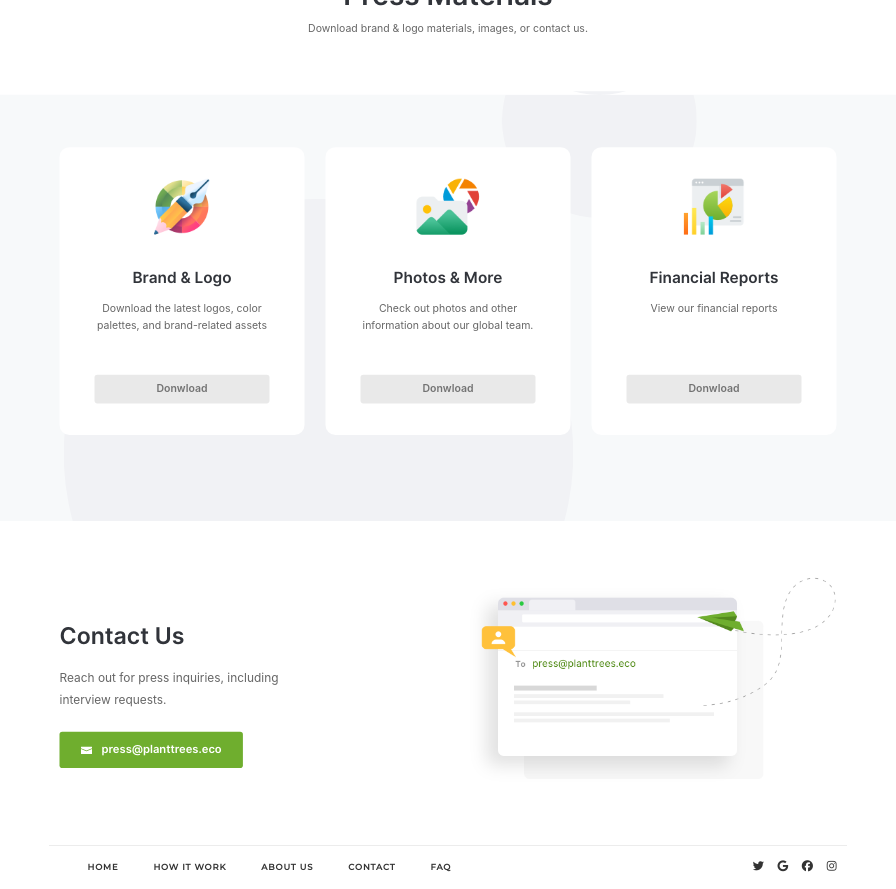
Repository: caothaito/b6g6
Page: bogo/privacy.html
An editor plug-in stored every save of this project. The page is shown before and after the next save, followed by the edit.
The browser window is 1280 px wide. The pictures show the part of the page from y = 715 to 2635 px (the page is 1985 px tall before and 2635 px after), at 70% of full size.
Some web libraries are served in a nearby version. The style sheet was rebuilt from its Sass, Less or Tailwind sources for each picture, by a compiler version that may differ from the author's.

Above is the page before, as saved 2020-09-11 16:35:54.

### bogo/privacy.html
<!DOCTYPE html>
<html lang="en">

<head>
    <meta charset="UTF-8">
    <meta name="viewport" content="width=device-width, initial-scale=1.0">
    <title>Document</title>
    <link rel="stylesheet" href="https://maxcdn.bootstrapcdn.com/bootstrap/4.0.0/css/bootstrap.min.css"
        integrity="sha384-Gn5384xqQ1aoWXA+058RXPxPg6fy4IWvTNh0E263XmFcJlSAwiGgFAW/dAiS6JXm" crossorigin="anonymous">

    <script src="https://ajax.googleapis.com/ajax/libs/jquery/3.5.1/jquery.min.js"></script>
    <!-- ==============fontawesome=== -->
    <script src="https://kit.fontawesome.com/c28984a6f5.js" crossorigin="anonymous"></script>
    <!-- ================owl================== -->
    <link rel="stylesheet" href="owlcarousel/assets/owl.carousel.min.css">
    <link rel="stylesheet" href="owlcarousel/assets/owl.theme.default.min.css">
    <script src="owlcarousel/owl.carousel.min.js"></script>

    <!-- =========================== -->
    <link rel="stylesheet" href="./assets/css/style.css">
    <link rel="stylesheet" href="./assets/css/media.css">
</head>

<body>
    <div class="plant-trees-main main-contact-us float-left w-100">
        <div class="plant-trees-home  float-left w-100">
            <div class="plant-trees-home-searchTop float-left w-100 ">
                <a href="#" class="plant-trees-topLogo" id="topLogo">
                    <img src="./assets/images/logo.svg" alt="" class="plant-trees-logo">
                </a>
                <div class="plant-trees-searchRight float-right ">
                    <div class="plant-trees-account">
                        <div class="plant-trees-account-info" style="display:none">
                            <div class="item float-left ">
                                <div class="icon float-left">
                                    <img src="./assets/images/square.svg" alt="square.svg">
                                </div>
                                <div class="content float-right">
                                    <div class="title">Get Our App & Extension</div>
                                    <div class="desc">Protect your date on every device.</div>
                                </div>
                            </div>
                            <div class="item float-left ">
                                <div class="icon float-left">
                                    <img src="./assets/images/file.svg" alt="file.svg">
                                </div>
                                <div class="content float-right">
                                    <div class="title">Your searches are private</div>
                                    <div class="desc">We don't need to know what you do online. We don't record them.
                                    </div>
                                </div>
                            </div>
                            <div class="item float-left ">
                                <div class="icon float-left">
                                    <img src="./assets/images/browser.svg" alt="browser.svg">
                                </div>
                                <div class="content float-right">
                                    <div class="title">Your Searches Are Encrypted</div>
                                    <div class="desc">We protect your search behavior with encrypted connection.</div>
                                </div>
                            </div>
                            <div class="item float-left ">
                                <div class="icon float-left">
                                    <img src="./assets/images/secret-file.svg" alt="secret-file.svg">
                                </div>
                                <div class="content float-right">
                                    <div class="title">No tracking. No profiling</div>
                                    <div class="desc">We block hidden third-party trackers. We don't sell user's date.
                                    </div>
                                </div>
                            </div>
                        </div>
                    </div>
                    <div class="plant-trees-menu-mobile float-right">
                        <div class="nav-toggle">
                            <div class="nav-toggle-bar"></div>
                        </div>
                        <nav class="nav">
                            <ul>
                                <li class="menu-item menu-item-settings">
                                    <div class="wrap-link-item">
                                        <a href="#" title="Settings">Settings</a></div>
                                    <ul class="submenu">
                                        <li>
                                            <a href="#" title="Themes">Themes</a>
                                        </li>
                                        <li>
                                            <a href="#" title="Other settings">Other settings</a></li>
                                        <li>
                                            <a href="#" title="!Bang Search Shortcuts">!Bang SearchShortcuts</a>
                                        </li>
                                    </ul>
                                </li>

                            </ul>
                        </nav>
                    </div>
                </div>
            </div>
        </div>
    </div>

    <div class="plant-trees-press float-left w-100">
        <div class="plant-trees-pressCenter float-left w-100">
            <div class="col-lg-6 col-md-6 float-left w-100  ">
                <div class="plant-pressLeft  float-right">
                    <div class="plant-trees-title">
                        <div>PlantTrees</div>
                        <div>PressCenter</div>
                    </div>
                    <div class="plant-trees-desc">
                        #PlantTrees is a free search engine that uses its profits to plant trees. The forests PlantTrees
                        users have planted mitigate climate change, save endangered animals, regenerate depleted soil
                        and improve the livelihoods of local communities.
                    </div>
                    <a href="#" class="plant-trees-add ">
                        <div>Jump to Press Materials</div>
                    </a>
                </div>

            </div>
            <div class="col-lg-6 col-md-6  ">
                <div class="plant-tressRight">
                    <img src="./assets/images/press-center/press.png" alt="">
                </div>
            </div>
        </div>
    </div>

    <div class="plant-trees-pressMaterials mt-5 float-left w-100">
        <div class="plant-pressMaterials-title text-center float-left w-100">
            Press Materials
        </div>
        <div class="plant-pressMaterials-desc text-center float-left w-100">
            Download brand & logo materials, images, or contact us.
        </div>
        <div class="plant-pressMaterials-wrap    float-left w-100">
            <div class="container">
                <div class="row">
                    <div class="col-lg-4 col-md-4 col-sm-12 mb-5 plant-trees-flex float-left w-100">
                        <div class="plant-pressMaterial-item text-center float-left w-100">
                            <div class="material-icon ">
                                <img src="./assets/images/press-center/graphic-design.png" alt="">
                            </div>
                            <div class="material-title  ">
                                Brand & Logo
                            </div>
                            <div class="material-desc  ">
                                Download the latest logos, color palettes, and brand-related assets
                            </div>
                            <div class="material-btn  ">
                                <a href="#">Donwload</a>
                            </div>
                        </div>
                    </div>
                    <div class="col-lg-4 col-md-4 col-sm-12 mb-5 plant-trees-flex float-left w-100">
                        <div class="plant-pressMaterial-item text-center float-left w-100">
                            <div class="material-icon ">
                                <img src="./assets/images/press-center/gallery.png" alt="">
                            </div>
                            <div class="material-title  ">

                                Photos & More

                            </div>
                            <div class="material-desc  ">

                                Check out photos and other information about our global team.
                            </div>
                            <div class="material-btn  ">
                                <a href="#">Donwload</a>
                            </div>
                        </div>
                    </div>
                    <div class="col-lg-4 col-md-4 col-sm-12 mb-5 plant-trees-flex float-left w-100">
                        <div class="plant-pressMaterial-item text-center float-left w-100">
                            <div class="material-icon ">
                                <img src="./assets/images/press-center/result.png" alt="">
                            </div>
                            <div class="material-title  ">

                                Financial Reports

                            </div>
                            <div class="material-desc  ">

                                View our financial reports
                            </div>
                            <div class="material-btn  ">
                                <a href="#">Donwload</a>
                            </div>
                        </div>
                    </div>
                </div>
            </div>
        </div>
    </div>

    <div class="plant-trees-contact float-left w-100">
        <div class="container">
            <div class="row">
                <div class="col-lg-6 col-md-6 col-sm-12 float-left ">
                    <div class="plant-trees-contactLeft  float-right w-100">
                        <div class="plant-contactLeft-title ">

                            Contact Us

                        </div>
                        <div class="plant-contactLeft-desc">
                            Reach out for press inquiries, including interview requests.
                        </div>
                        <div class="plant-contactLeft-email">
                            <a href="#">
                                press@planttrees.eco
                            </a>
                        </div>
                    </div>

                </div>
                <div class="col-lg-6 col-md-6 col-sm-12 float-left">
                    <div class="plant-trees-contactRight float-left w-100">
                        <img src="assets/images/press-center/new-email.png" alt="new-email.png">
                    </div>
                </div>

            </div>
        </div>
    </div>





    <!-- ====footer=== -->
    <footer class="footer-home float-left w-100">
        <div class="wrap">
            <div class="container">
                <div class="row">

                    <div class="footer-top float-left w-100">
                        <div class="footer-top-left col-md-7 col-sm-12 col-xs-12">
                            <ul>
                                <li><a href="#">HOME</a></li>
                                <li><a href="#">How it work</a></li>
                                <li><a href="#">About Us</a></li>
                                <li><a href="#">Contact</a></li>
                                <li><a href="#">FAQ</a></li>
                            </ul>
                        </div>
                        <div class="footer-top-right col-md-5 col-sm-12 col-xs-12">
                            <a href="#"><i class="fab fa-twitter"></i></a>
                            <a href="#"><i class="fab fa-google"></i></a>
                            <a href="#"><i class="fab fa-facebook"></i></a>
                            <a href="#"><i class="fab fa-instagram"></i></a>
                        </div>
                    </div>
                </div>

            </div>
        </div>
    </footer>


    <script>
        $(document).ready(function () {
            $(".plant-trees-account").click(function () {
                $(".plant-trees-account-info").slideToggle();
            })
        })

        $('.owl-carousel').owlCarousel({
            loop: true,
            margin: 10,
            responsiveClass: true,
            nav: true,
            responsive: {
                0: {
                    items: 2
                },
                480: {
                    items: 2
                },
                768: {
                    items: 3,
                },
                1000: {
                    items: 3,
                }
            }
        })
    </script>
</body>

<script src="https://cdnjs.cloudflare.com/ajax/libs/popper.js/1.12.9/umd/popper.min.js"
    integrity="sha384-ApNbgh9B+Y1QKtv3Rn7W3mgPxhU9K/ScQsAP7hUibX39j7fakFPskvXusvfa0b4Q" crossorigin="anonymous">
</script>
<script src="https://maxcdn.bootstrapcdn.com/bootstrap/4.0.0/js/bootstrap.min.js"
    integrity="sha384-JZR6Spejh4U02d8jOt6vLEHfe/JQGiRRSQQxSfFWpi1MquVdAyjUar5+76PVCmYl" crossorigin="anonymous">
</script>
<script src="./assets/js/main.js"></script>

</html>

### bogo/assets/css/media.scss
@mixin respond($breakpoint) {
    @if $breakpoint==phone {
        @media (max-width: 600px) {
            @content
        }

        ; //600px
    }

    @if $breakpoint==tab-port {
        @media (max-width: 900px) {
            @content
        }

        ; //900px
    }

    @if $breakpoint==tab-land {
        @media (max-width: 1200px) {
            @content
        }

        ; //1200px
    }

    @if $breakpoint==big-desktop {
        @media (min-width: 1800px) {
            @content
        }

        ; //1800px
    }
}

@font-face {
    font-family: Inter;
    src: url("../fonts/Inter-SemiBold_5a940f143aafecbf00719f75eea1dd90.otf");
}


.plant-trees-press {
    @include respond(tab-port) {
        background-image: url('../images/press-center/press.png');
        display: inline-block;
        background-position: center;
        background-repeat: no-repeat;
    }

    .plant-trees-pressCenter {

        .plant-pressLeft {
            max-width: 480px;
            padding: 170px 0 225px;

            @include respond(tab-land) {
                margin-left: 30px;
            }

            .plant-trees-title {
                color: #31343a;
                margin-bottom: 20px;
                font-weight: 700;
                font-size: 40px;
                font-size: 2.5rem;
            }

            .plant-trees-add {
                position: absolute;
                color: #fff;
                padding: 10px;
                min-width: 278px;
                max-width: 278px;
                text-align: center;
                font-size: 16px;
                margin-bottom: 15px;
                border-radius: 3px;
                background-color: #6fae2e;
                font-family: Inter;
                margin-top: 60px;
            }
        }

        .plant-tressRight {
            @include respond(tab-port) {
                display: none;
            }

            img {
                position: absolute;
            }
        }
    }
}

.plant-trees-pressMaterials {
    .plant-pressMaterials-title {
        color: #31343a;
        padding: 0 12px 5px;
        font-weight: 700;
        font-size: 40px;
        font-size: 2.5rem;
        font-family: Inter;
    }

    .plant-pressMaterials-desc {
        color: #666;
        min-height: 72px;
        line-height: 1.6;
        margin-bottom: 35px;
        font-weight: 400;
        font-size: 15px;
        font-size: .9375rem;
    }

    .plant-pressMaterials-wrap {
        z-index: 1;
        padding: 75px 0;
        position: relative;
        background-color: #f7f9fa;

        &:before {
            position: absolute;
            z-index: 1;
            content: '';
            top: -5px;
            right: 285px;
            width: 278px;
            height: 181px;
            transform: rotate(180deg);
            background-size: contain;
            background-image: url(../images/oval-md@2x.svg);
        }

        &:after {
            position: absolute;
            z-index: 1;
            content: '';
            bottom: 0;
            left: 91px;
            width: 728px;
            height: 460px;
            background-image: url(../images/oval-md@2x.svg);

            @include respond(tab-port) {
                width: 60%;
                max-width: 100%;
            }
        }


        .plant-trees-flex {
            z-index: 2;

            .plant-pressMaterial-item {
                z-index: 5;
                height: 100%;
                cursor: pointer;
                padding: 45px 50px;
                background-color: #fff;
                border-radius: 14px;
                transition: all .3s ease-in-out;

                &:hover {
                    transition: all .3s ease-in-out;
                    -webkit-box-shadow: -2px 13px 30px 2px rgba(0, 0, 0, .1);
                    -ms-box-shadow: -2px 13px 30px 2px rgba(0, 0, 0, .1);
                    -o-box-shadow: -2px 13px 30px 2px rgba(0, 0, 0, .1);
                    -moz-box-shadow: -2px 13px 30px 2px rgba(0, 0, 0, .1);
                    box-shadow: -2px 13px 30px 2px rgba(0, 0, 0, .1);
                }

                .material-icon {
                    margin-bottom: 45px;
                }

                .material-title {
                    color: #31343a;
                    margin-bottom: 15px;
                    font-weight: 700;
                    font-size: 22px;
                    font-size: 1.375rem;
                    font-family: Inter;
                }

                .material-desc {
                    color: #666;
                    min-height: 72px;
                    line-height: 1.6;
                    margin-bottom: 35px;
                    font-weight: 400;
                    font-size: 15px;
                    font-size: .9375rem;
                }

                .material-btn {


                    a {
                        float: left;
                        width: 100%;
                        color: #737373;
                        padding: 9px 15px;
                        text-align: center;
                        background-color: #e9e9e9;
                        font-weight: 600;
                        font-size: 15px;
                        border-radius: 4px;
                        text-decoration: none;

                        &:hover {
                            color: #fff;
                            background-color: #6fae2e;
                        }
                    }
                }
            }
        }

    }
}

.plant-trees-contact {
    padding: 80px 0 30px;

    .plant-trees-contactLeft {
            @include respond(tab-port){
                text-align: center;
            }
        .plant-contactLeft-title {
            color: #31343a;
            margin: 60px 0 20px;
            font-weight: 700;
            font-size: 33px;
            font-family: Inter;
        }

        .plant-contactLeft-desc {
            color: #666;
            max-width: 350px;
            line-height: 1.82;
            margin-bottom: 30px;
            font-weight: 400;
            font-size: 17px;
            @include respond(tab-port){

                margin-left: auto;
                margin-right: auto;
            }
        }

        .plant-contactLeft-email {
            a {
                color: #fff;
                padding: 14px 30px 14px 60px;
                text-align: center;
                position: relative;
                display: inline-block;
                text-decoration: none;
                border-radius: 4px;
                -ms-border-radius: 4px;
                -moz-border-radius: 4px;
                -webkit-border-radius: 4px;
                -o-border-radius: 4px;
                background-color: #6fae2e;
                font-family: Inter;
                &::before{
                    top: 19px;
                    left: 30px;
                    content: '';
                    width: 17px;
                    height: 13px;
                    position: absolute;
                    background-size: 100%;
                    background-repeat: no-repeat;
                    background-image: url(../images/press-center/inbox.svg);
                }
                @include respond(tab-port){

                margin-bottom: 30px;
                }
            }
        }
    }
}

Loaded but not shown: bogo/owlcarousel/assets/owl.carousel.min.css (library); bogo/owlcarousel/assets/owl.theme.default.min.css (common file); bogo/owlcarousel/owl.carousel.min.js (library); bogo/assets/js/main.js (33 lines, source omitted); bogo/assets/css/style.scss (742 lines, source omitted)

After the next save:
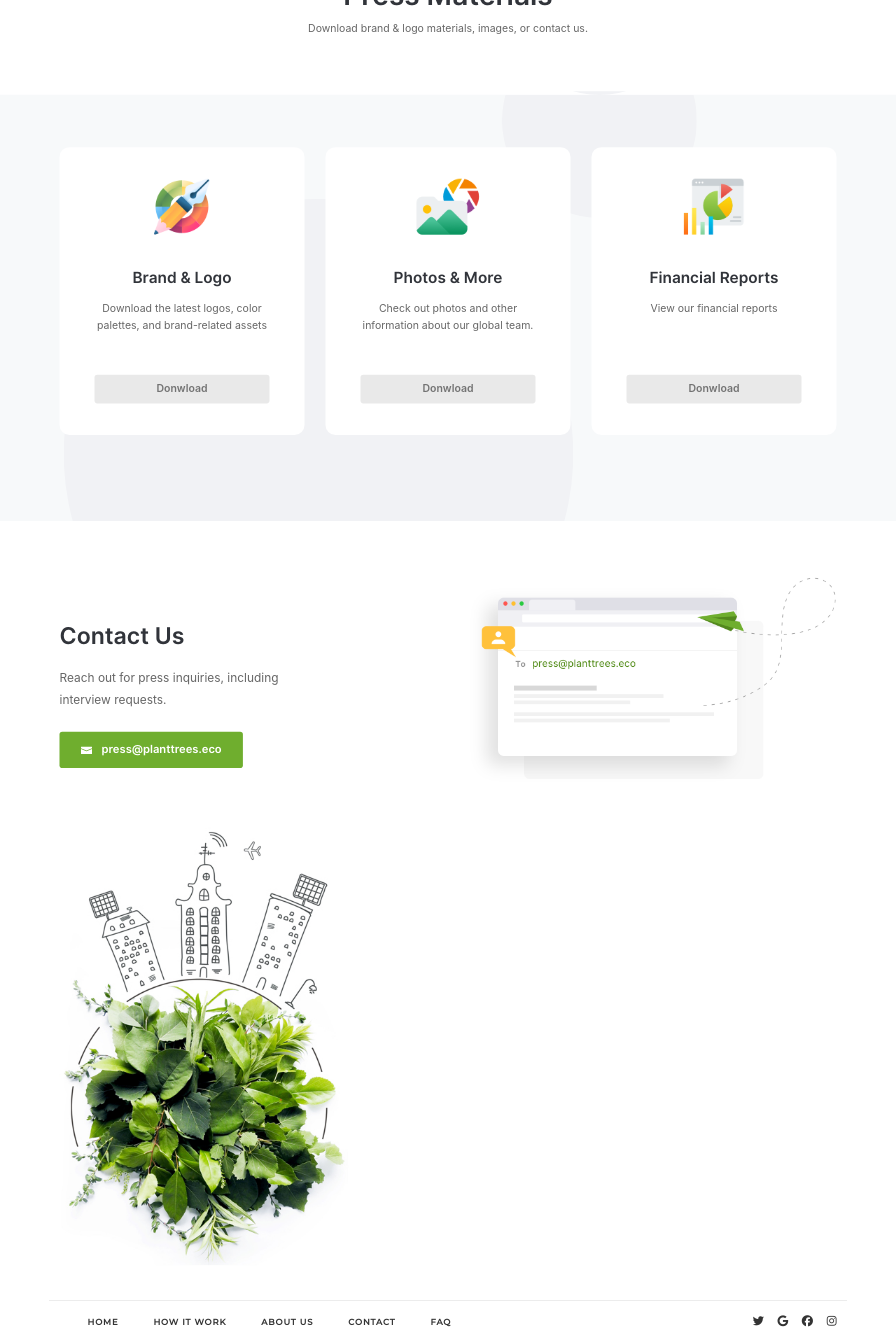
Saved 2 min 58 s later.
--- a/bogo/privacy.html
+++ b/bogo/privacy.html
@@ -227,6 +227,15 @@
         </div>
     </div>
 
+    <div class="plant-trees-betterWorld float-left w-100">
+        <div class="container">
+            <div class="row">
+                <div class="col-lg-6 col-md-6 col-sm-12 float-left w-100">
+                    <img src="assets/images/press-center/tree.jpg" alt="tree.jpg">
+                </div>
+            </div>
+        </div>
+    </div>
 
 
 
